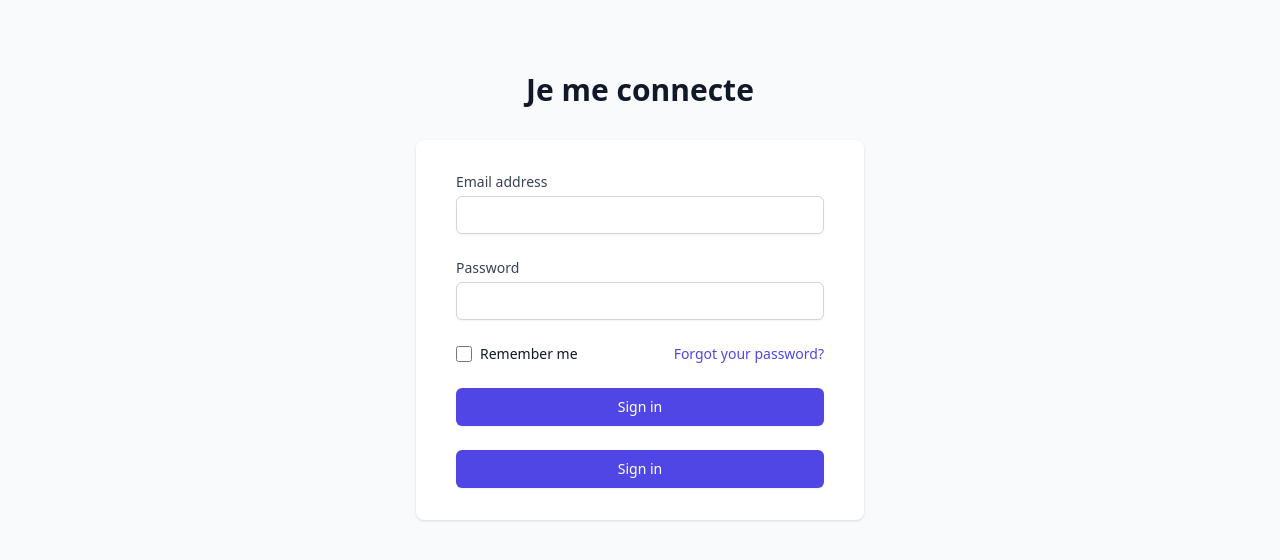
Repository: Dydja/dashAlladjai
Page: /
An editor plug-in stored every save of this project. The page is shown before and after the next save, followed by the edit.
The browser window is 1280 px wide. The pictures show the whole page.
The project was rebuilt for these pictures with package versions that can differ from the ones it lists, and the page was loaded fresh each time. Also part of the build but not shown: vite.config.js.

Above is the page before, as saved 2024-01-28 21:48:28.

### index.html
<!doctype html>
<html lang="en" class="h-full bg-gray-50">
  <head>
    <meta charset="UTF-8" />
    <link rel="icon" href="/favicon.ico" />
    <meta name="viewport" content="width=device-width, initial-scale=1.0" />
    <title>Vite App</title>
  </head>
  <body class="h-full">
    <div id="app"></div>
    <script type="module" src="/src/main.js"></script>
  </body>
</html>

### src/main.js
// import './assets/main.css'
import "./style.css";

import { createApp } from 'vue'
import { createPinia } from 'pinia'

import App from './App.vue'
import router from './router'

const app = createApp(App)

app.use(createPinia())
app.use(router)

app.mount('#app')

### src/App.vue
<script setup>
import { RouterView } from 'vue-router'
// import HelloWorld from './components/HelloWorld.vue' RouterLink
</script>

<template>
  <!-- <header>
    <img alt="Vue logo" class="logo" src="@/assets/logo.svg" width="125" height="125" />

    <div class="wrapper">
      <HelloWorld msg="You did it!" />

      <nav>
        <RouterLink to="/">Home</RouterLink>
        <RouterLink to="/about">About</RouterLink>
        <RouterLink to="/login">Login</RouterLink>
      </nav>
    </div>
  </header> -->

  <RouterView />
</template>

<style scoped>
/* header {
  line-height: 1.5;
  max-height: 100vh;
}

.logo {
  display: block;
  margin: 0 auto 2rem;
}

nav {
  width: 100%;
  font-size: 12px;
  text-align: center;
  margin-top: 2rem;
}

nav a.router-link-exact-active {
  color: var(--color-text);
}

nav a.router-link-exact-active:hover {
  background-color: transparent;
}

nav a {
  display: inline-block;
  padding: 0 1rem;
  border-left: 1px solid var(--color-border);
}

nav a:first-of-type {
  border: 0;
}

@media (min-width: 1024px) {
  header {
    display: flex;
    place-items: center;
    padding-right: calc(var(--section-gap) / 2);
  }

  .logo {
    margin: 0 2rem 0 0;
  }

  header .wrapper {
    display: flex;
    place-items: flex-start;
    flex-wrap: wrap;
  }

  nav {
    text-align: left;
    margin-left: -1rem;
    font-size: 1rem;

    padding: 1rem 0;
    margin-top: 1rem;
  }
} */
</style>

### src/router/index.js
import { createRouter, createWebHistory } from 'vue-router'
import HomeView from '../views/HomeView.vue'

const router = createRouter({
  history: createWebHistory(import.meta.env.BASE_URL),
  routes: [
    {
      path: '/',
      name: 'home',
      component: HomeView
    },
    {
      path: '/login',
      name: 'Login',
      component: () => import('../views/auth/LoginView.vue')
    },
    {
      path: '/about',
      name: 'about',
      // route level code-splitting
      // this generates a separate chunk (About.[hash].js) for this route
      // which is lazy-loaded when the route is visited.
      component: () => import('../views/AboutView.vue')
    }
  ]
})

export default router

### src/views/HomeView.vue
<script setup>
// import TheWelcome from '../components/TheWelcome.vue'
import LoginView from '../views/auth/LoginView.vue'
</script>

<template>
  <main>
    <!-- <TheWelcome /> -->
    <LoginView />
  </main>
</template>

### src/views/auth/LoginView.vue
<template>
    <GuestLayout title="Je me connecte" @submit="login">
        <div class="mt-8 sm:mx-auto sm:w-full sm:max-w-md">
            <div class="bg-white py-8 px-4 shadow sm:rounded-lg sm:px-10">
                <form class="space-y-6" @submit.prevent="emit('submit')" method="POST">
                    <div>
                        <label for="email" class="block text-sm font-medium text-gray-700"> Email address </label>
                        <div class="mt-1">
                            <input id="email" name="email" type="email" autocomplete="email" required=""
                                class="appearance-none block w-full px-3 py-2 border border-gray-300 rounded-md shadow-sm placeholder-gray-400 focus:outline-none focus:ring-indigo-500 focus:border-indigo-500 sm:text-sm" />
                        </div>
                    </div>

                    <div>
                        <label for="password" class="block text-sm font-medium text-gray-700"> Password </label>
                        <div class="mt-1">
                            <input id="password" name="password" type="password" autocomplete="current-password" required=""
                                class="appearance-none block w-full px-3 py-2 border border-gray-300 rounded-md shadow-sm placeholder-gray-400 focus:outline-none focus:ring-indigo-500 focus:border-indigo-500 sm:text-sm" />
                        </div>
                    </div>

                    <div class="flex items-center justify-between">
                        <div class="flex items-center">
                            <input id="remember-me" name="remember-me" type="checkbox"
                                class="h-4 w-4 text-indigo-600 focus:ring-indigo-500 border-gray-300 rounded" />
                            <label for="remember-me" class="ml-2 block text-sm text-gray-900"> Remember me </label>
                        </div>

                        <div class="text-sm">
                            <a href="#" class="font-medium text-indigo-600 hover:text-indigo-500"> Forgot your password?
                            </a>
                        </div>
                    </div>

                    <div>
                        <button type="submit"
                            class="w-full flex justify-center py-2 px-4 border border-transparent rounded-md shadow-sm text-sm font-medium text-white bg-indigo-600 hover:bg-indigo-700 focus:outline-none focus:ring-2 focus:ring-offset-2 focus:ring-indigo-500">Sign
                            in</button>
                        <br />
                        <button type="submit"
                            class="w-full flex justify-center py-2 px-4 border border-transparent rounded-md shadow-sm text-sm font-medium text-white bg-indigo-600 hover:bg-indigo-700 focus:outline-none focus:ring-2 focus:ring-offset-2 focus:ring-indigo-500">Sign
                            in</button>
                    </div>
                </form>
            </div>
        </div>

    </GuestLayout>
</template>

<script setup>

import GuestLayout from "../../components/layouts/GuestLayout.vue"


function login() {
    console.log("mumy");
}

//Emettre un evenement de soumission
const emit = defineEmits(['submit'])
</script>

<style ></style>

### src/components/layouts/GuestLayout.vue
<template>
    <div class="min-h-full flex flex-col justify-center py-12 sm:px-6 lg:px-8">
        <div class="sm:mx-auto sm:w-full sm:max-w-md">
            <!-- <img class="mx-auto h-12 w-auto" src="https://tailwindui.com/img/logos/workflow-mark-indigo-600.svg" alt="Workflow" /> -->
            <h2 class="mt-6 text-center text-3xl font-extrabold text-gray-900">{{ title }}</h2>
        </div>
        <slot></slot>
    </div>
</template>

<script setup>

const { title } = defineProps({

    title: String
})



</script>

<style >
/* * {
    margin: 0;
    padding: 0;
    box-sizing: border-box;

}

main {
    height: 100vh;
    background-color: antiquewhite;
} */
</style>

Loaded but not shown: src/style.css (common file); tailwind.config.js (common file)

After the next save:
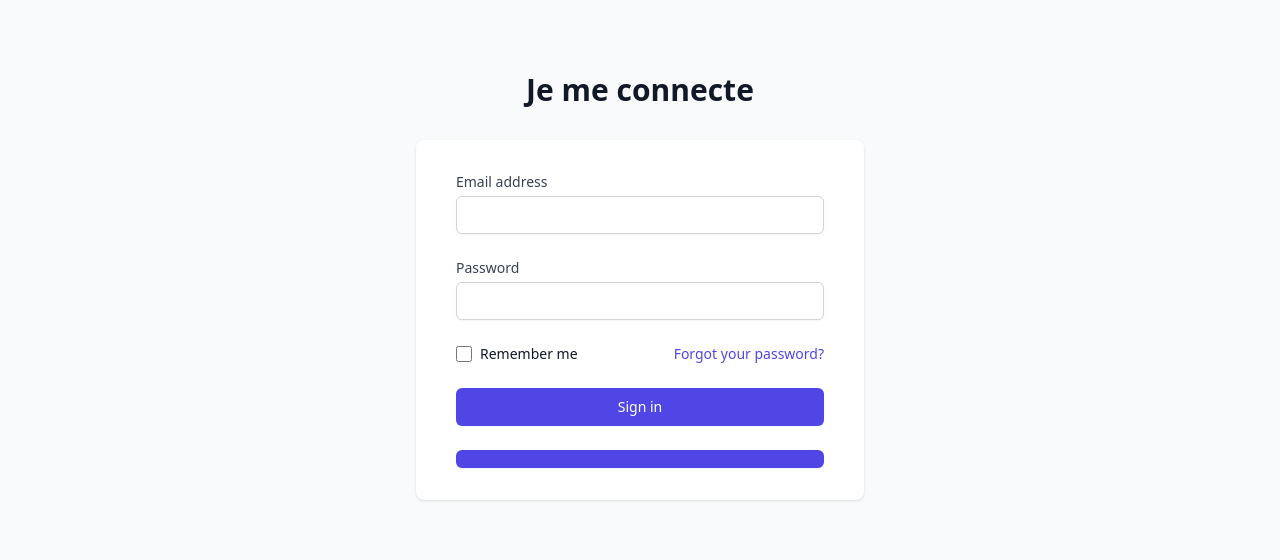
Saved 39 s later.
--- a/src/views/auth/LoginView.vue
+++ b/src/views/auth/LoginView.vue
@@ -38,8 +38,10 @@
                             in</button>
                         <br />
                         <button type="submit"
-                            class="w-full flex justify-center py-2 px-4 border border-transparent rounded-md shadow-sm text-sm font-medium text-white bg-indigo-600 hover:bg-indigo-700 focus:outline-none focus:ring-2 focus:ring-offset-2 focus:ring-indigo-500">Sign
-                            in</button>
+                            class="w-full flex justify-center py-2 px-4 border border-transparent rounded-md shadow-sm text-sm font-medium text-white bg-indigo-600 hover:bg-indigo-700 focus:outline-none focus:ring-2 focus:ring-offset-2 focus:ring-indigo-500">
+
+                            <router-link to="/about"></router-link>
+                        </button>
                     </div>
                 </form>
             </div>

After the save that followed:
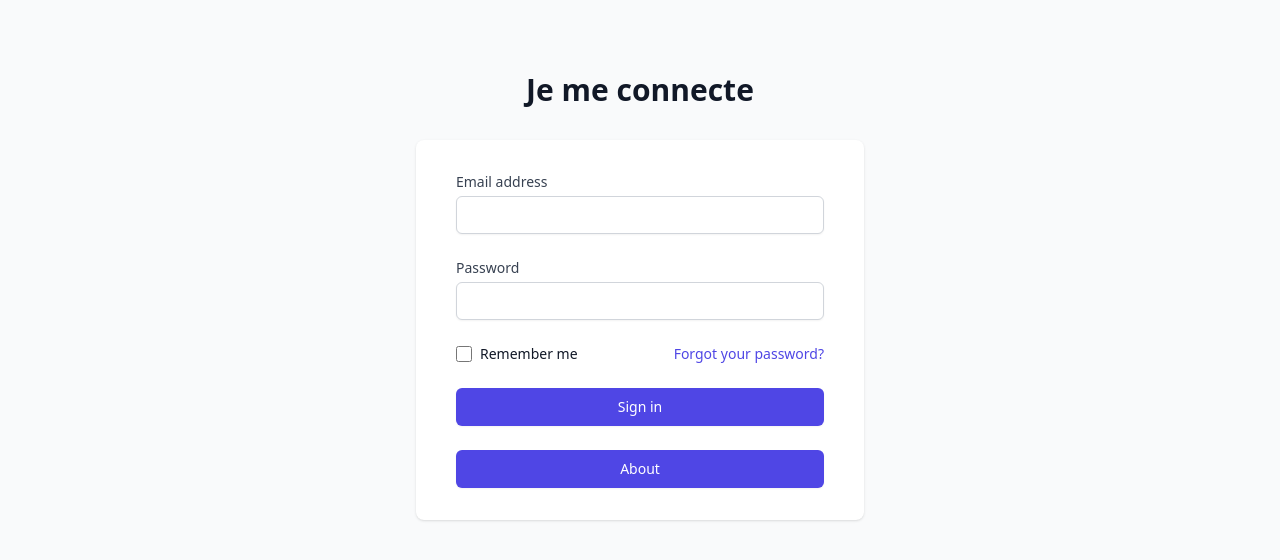
Saved 12 s later.
--- a/src/views/auth/LoginView.vue
+++ b/src/views/auth/LoginView.vue
@@ -40,7 +40,7 @@
                         <button type="submit"
                             class="w-full flex justify-center py-2 px-4 border border-transparent rounded-md shadow-sm text-sm font-medium text-white bg-indigo-600 hover:bg-indigo-700 focus:outline-none focus:ring-2 focus:ring-offset-2 focus:ring-indigo-500">
 
-                            <router-link to="/about"></router-link>
+                            <router-link to="/about"></router-link> About
                         </button>
                     </div>
                 </form>
